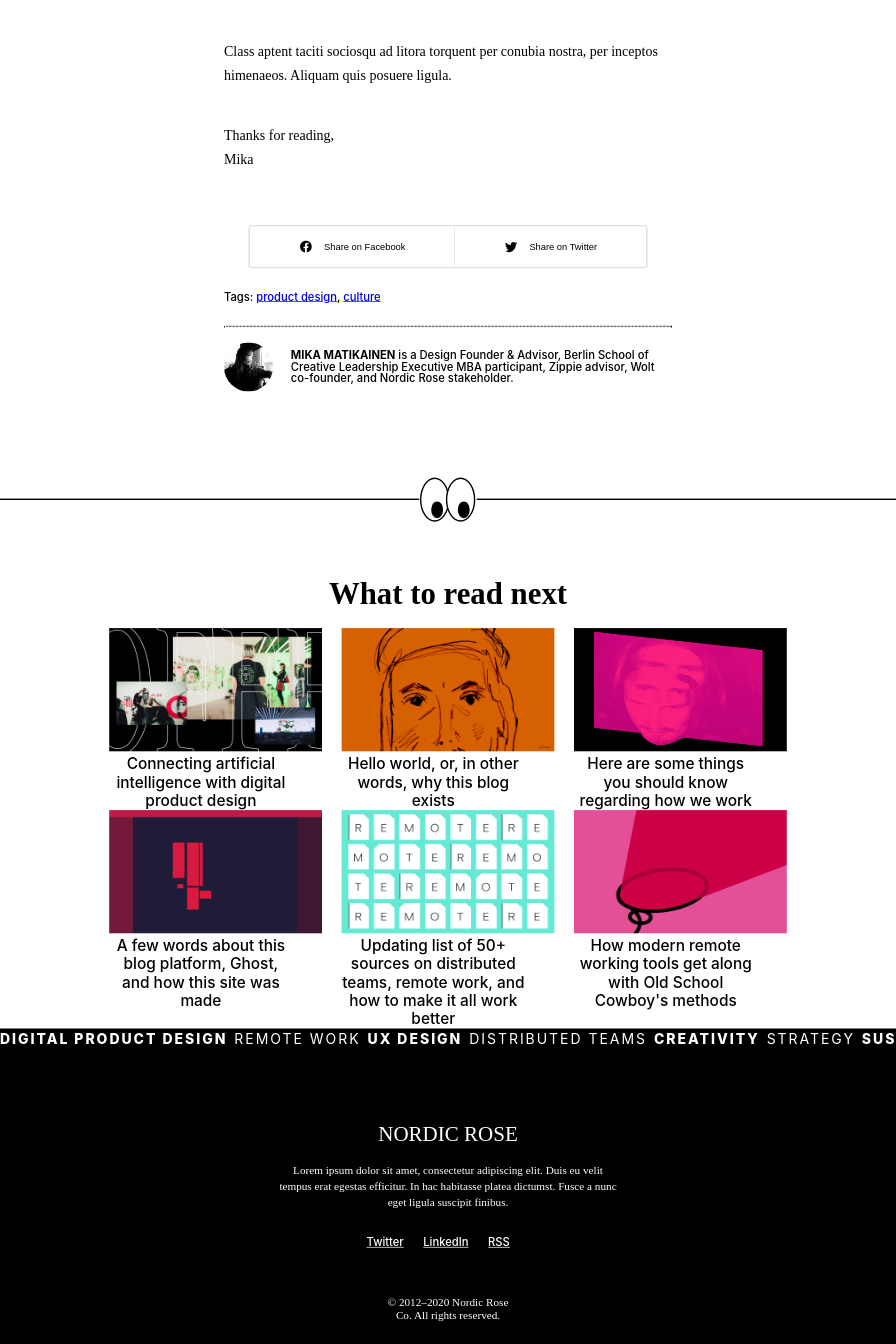
Repository: ThuTrang-jvb/JVB-BT1
Page: Page 3/article.html
These files come from the project's save history. The page is drawn as it stood at one moment and after the next save; the edit follows.
The browser window is 1280 px wide. The pictures show the part of the page from y = 3256 to 5176 px (the page is 5176 px tall), at 70% of full size.

Above is the page before, as saved 2025-06-30 09:49:57.

After the next save:
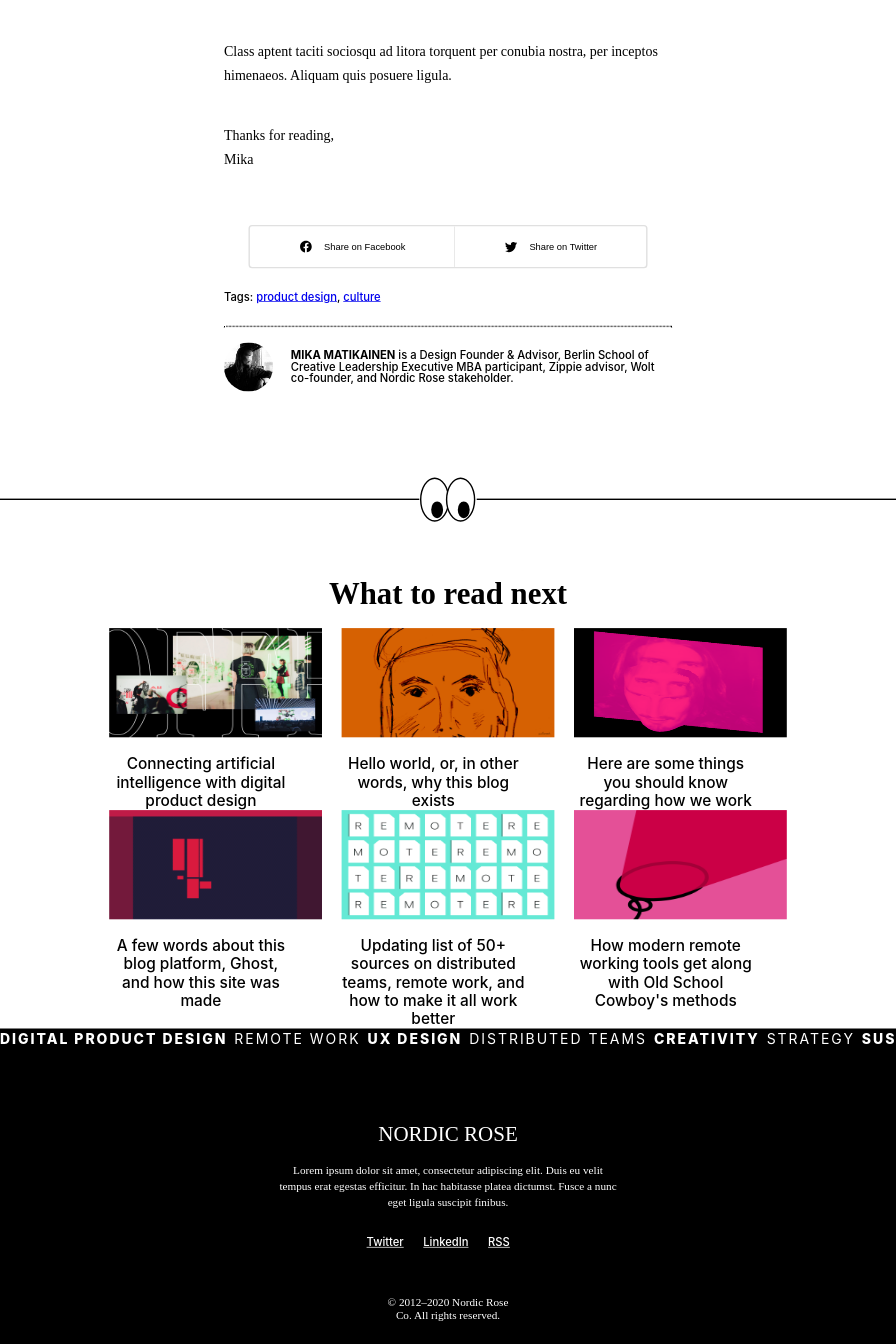
Saved 10 s later.
--- a/Page 3/styleArticle.css
+++ b/Page 3/styleArticle.css
@@ -388,7 +388,7 @@ ul {
 .image_line img {
     width: 304px;
     height: 176px;
-    padding-bottom: ;
+    padding-bottom: 20px;
 }
 .image_line p {
     font-family: SF Pro Display;
